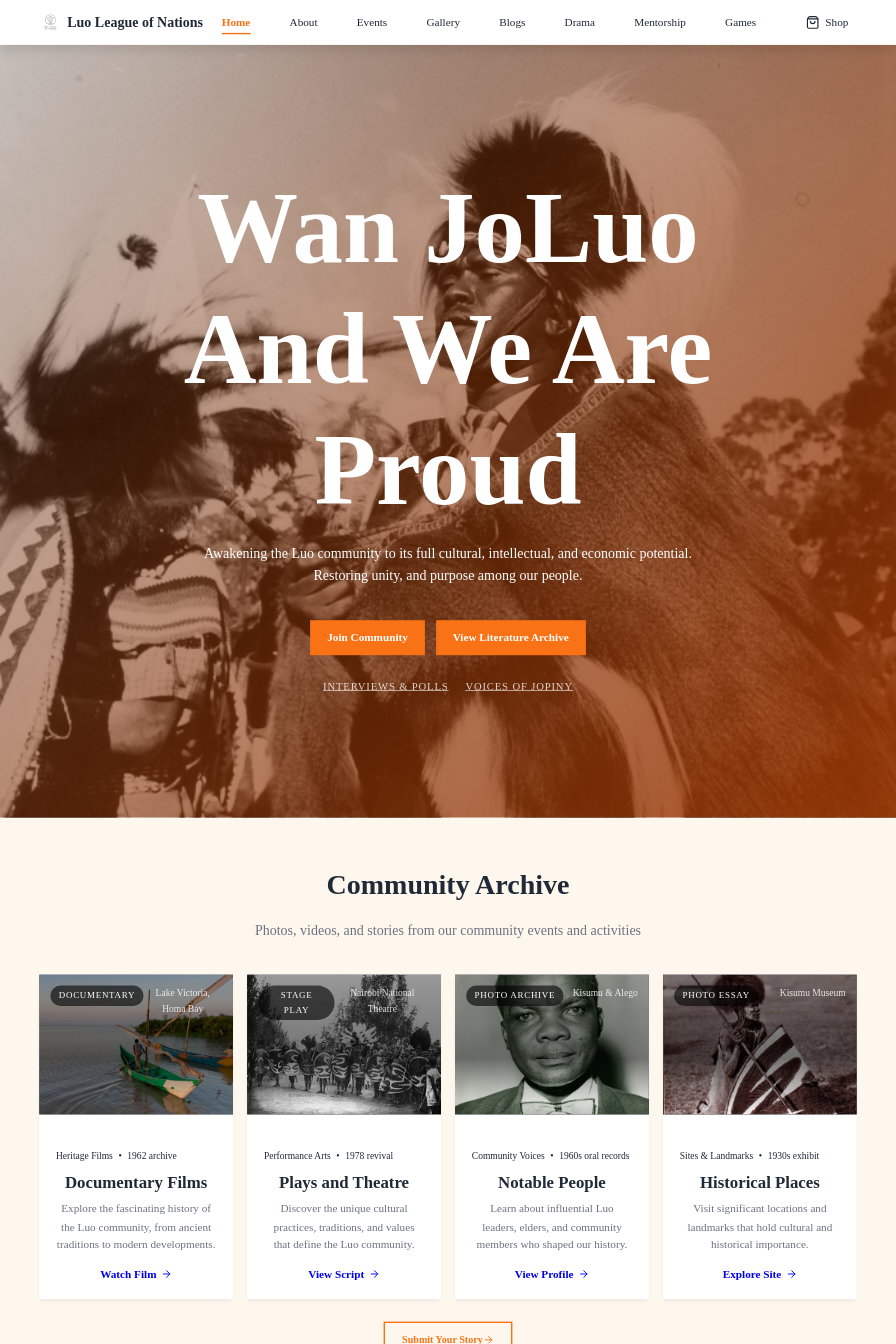
Repository: ianfranko/luo-community-history
Page: /
These files come from the project's save history. The page is drawn as it stood at one moment and after the next save; the edit follows.
The browser window is 1280 px wide. The pictures show the part of the page from y = 0 to 1920 px (the page is 4457 px tall before and 3982 px after), at 70% of full size.
The project was rebuilt for these pictures with package versions that can differ from the ones it lists, and the page was loaded fresh each time. The framework's server and built-in components were replaced by stand-ins that run in the browser. Also part of the build but not shown: next.config.ts.

Above is the page before, as saved 2025-11-23 12:28:38.

### src/app/layout.tsx
import type { Metadata } from "next";
import { Geist, Geist_Mono } from "next/font/google";
import "./globals.css";
import Layout from "@/components/Layout";

const geistSans = Geist({
  variable: "--font-geist-sans",
  subsets: ["latin"],
});

const geistMono = Geist_Mono({
  variable: "--font-geist-mono",
  subsets: ["latin"],
});

export const metadata: Metadata = {
  title: "Luo League of Nations",
  description: "Preserving and sharing the rich cultural heritage and history of the Luo people",
  icons: {
    icon: "/LLNLOGO.svg",
    shortcut: "/LLNLOGO.svg",
    apple: "/LLNLOGO.svg",
  },
};

export default function RootLayout({
  children,
}: Readonly<{
  children: React.ReactNode;
}>) {
  return (
    <html lang="en">
      <body
        className={`${geistSans.variable} ${geistMono.variable} antialiased`}
      >
        <Layout>{children}</Layout>
      </body>
    </html>
  );
}

### src/app/page.tsx
'Use client';
import Image from 'next/image'
import Link from 'next/link'
import { ArrowRight } from 'lucide-react'

export default function Home() {
  const galleryItems = [
    {
      image: '/Fishermen-on-Lake-Victoria-in-Uganda.webp',
      title: 'Documentary Films',
      description: 'Explore the fascinating history of the Luo community, from ancient traditions to modern developments.',
      alt: 'Luo fishermen casting their nets on Lake Victoria at sunrise',
      category: 'Heritage Films',
      location: 'Lake Victoria, Homa Bay',
      year: '1962 archive',
      mediaType: 'Documentary',
      ctaLabel: 'Watch Film',
      href: '/Gallery'
    },
    {
      image: '/hero.jpeg',
      title: 'Plays and Theatre',
      description: 'Discover the unique cultural practices, traditions, and values that define the Luo community.',
      alt: 'Actors performing a traditional Luo play on stage',
      category: 'Performance Arts',
      location: 'Nairobi National Theatre',
      year: '1978 revival',
      mediaType: 'Stage Play',
      ctaLabel: 'View Script',
      href: '/culture'
    },
    {
      image: '/Kodhek Argwins.png',
      title: 'Notable People',
      description: 'Learn about influential Luo leaders, elders, and community members who shaped our history.',
      alt: 'Archival portrait of Argwings Kodhek',
      category: 'Community Voices',
      location: 'Kisumu & Alego',
      year: '1960s oral records',
      mediaType: 'Photo Archive',
      ctaLabel: 'View Profile',
      href: '/people'
    },
    {
      image: '/Guerrier_Luo.jpeg',
      title: 'Historical Places',
      description: 'Visit significant locations and landmarks that hold cultural and historical importance.',
      alt: 'Historic Luo warrior statue in Kisumu museum',
      category: 'Sites & Landmarks',
      location: 'Kisumu Museum',
      year: '1930s exhibit',
      mediaType: 'Photo Essay',
      ctaLabel: 'Explore Site',
      href: '/places'
    },

  ]

  const galleryThemes = ['All', ...new Set(galleryItems.map((item) => item.category))]

  const stats = [
    { number: '200+', label: 'Historical Articles' },
    { number: '100+', label: 'Cultural Stories' },
    { number: '20+', label: 'Documentaries' },
    { number: '25+', label: 'Historical Places' }
  ]

  const sectionLinks = [
    { href: '#gallery', label: 'Interviews & Polls' },
    { href: '#stories', label: 'Voices of Jopiny' },
  ]

  const valueProps = [
    {
      title: 'Archive Access',
      description: 'Digitised oral histories, ceremonies, and timelines ready to explore.',

    },
    {
      title: 'Community Voices',
      description: 'Stories curated with elders, scholars, and youth leaders.',

    },
    {
      title: 'Living Culture',
      description: 'Guides on language, music, crafts, and celebrations to keep traditions alive.',

    }
  ]

  const featuredStories = [
    {
      title: 'The Origins of Luo Migration',
      description: 'Explore the fascinating journey of the Luo people and their settlement patterns across East Africa.',
      href: '/culture',
      image: '/657152Ew0bLSIn.jpg',
      era: '15th Century',
      region: 'Lake Victoria Basin',
      format: 'Longform'
    },
    {
      title: 'Traditional Luo Ceremonies',
      description: 'Learn about the rich ceremonial traditions that mark important life events in Luo culture.',
      href: '/culture',
      image: '/Fishermen-on-Lake-Victoria-in-Uganda.webp',
      era: 'Generational',
      region: 'Siaya & Migori',
      format: 'Photo Essay'
    },
    {
      title: 'JoAlego',
      description: 'Discover the rich culture of the JoAlego, and their journey to their current settlement.',
      href: '/people',
      image: '/Kenia-Lake_Victoria-Fischer.webp',
      era: '20th Century',
      region: 'Alego-Kogelo',
      format: 'Audio + Transcript'
    }
  ]

  const testimonials = [
    {
      quote: 'This archive helped me trace my grandparents’ migration story and reconnect with relatives across the lake.',
      name: 'Pamela Auma',
      title: 'Community Historian, Oyugis'
    },
    {
      quote: 'Our learners finally have contemporary Luo heroes to study, not just footnotes in colonial texts.',
      name: 'Mr. Okoth',
      title: 'Teacher, Kisumu Day'
    },
    {
      quote: 'Recording my grandmother’s songs here means my children will always know their mother tongue.',
      name: 'Brian Oduor',
      title: 'Cultural Volunteer'
    }
  ]

  return (
    <>
      {/* Hero Section */}
      <section className="hero">
        <div className="container">
          <div className="hero-content text-center">
            <h1 className="text-5xl font-bold mb-6 leading-tight">
            Wan JoLuo And We Are Proud
            </h1>
            <p className="text-xl mb-8" style={{ maxWidth: '700px', margin: '0 auto 3rem' }}>
            Awakening the Luo community to its full cultural, intellectual, and economic potential. Restoring unity, and purpose among our people.
            </p>

            {/* CTA Buttons */}
            <div style={{ display: 'flex', gap: '1rem', justifyContent: 'center', flexWrap: 'wrap' }}>
              <Link href="/culture" className="btn btn-primary">
                Join Community
              </Link>
              <Link href="/Gallery" className="btn btn-primary">
                View Literature Archive
              </Link>
            </div>
            <nav style={{ marginTop: '2rem' }}>
              <ul style={{ display: 'flex', gap: '1.5rem', justifyContent: 'center', flexWrap: 'wrap', fontSize: '0.95rem', textTransform: 'uppercase', letterSpacing: '0.08em', listStyle: 'none', padding: 0 }}>
                {sectionLinks.map((link) => (
                  <li key={link.href}>
                    <a href={link.href} style={{ color: 'rgba(255,255,255,0.8)' }}>{link.label}</a>
                  </li>
                ))}
              </ul>
            </nav>
          </div>
        </div>
      </section>

      {/* Stats Section
      <section className="section bg-white" style={{ padding: '1rem 0' }}>
        <div className="container">
          <div className="stats-grid">
            {stats.map((stat, index) => (
              <div key={index} className="stat-item">
                <span className="stat-number">{stat.number}</span>
                <span className="stat-label">{stat.label}</span>
              </div>
            ))}
          </div>
        </div>
      </section>*/}



      {/* Gallery Section */}
      <section className="section" id="gallery">
        <div className="container">
          <h2 className="section-title">Community Archive</h2>
          <p className="section-subtitle">
            Photos, videos, and stories from our community events and activities
          </p>
          <div
            className="feature-grid"
            style={{
              gap: '1.25rem',
              gridTemplateColumns: 'repeat(auto-fit, minmax(220px, 1fr))'
            }}
          >
            {galleryItems.map((item, index) => (
              <article
                key={index}
                className="feature-card"
                style={{ padding: 0, overflow: 'hidden', maxWidth: '360px', margin: '0 auto' }}
              >
                <div
                  className="gallery-card-image"
                  style={{ position: 'relative', height: '200px', width: '100%' }}
                >
                  <Image
                    src={item.image}
                    alt={item.alt}
                    fill
                    sizes="(max-width: 768px) 100vw, (max-width: 1200px) 50vw, 33vw"
                    priority={index === 0}
                    style={{ objectFit: 'cover' }}
                  />
                  <div
                    style={{
                      position: 'absolute',
                      inset: 0,
                      display: 'flex',
                      justifyContent: 'space-between',
                      alignItems: 'flex-start',
                      padding: '1rem',
                      background:
                        'linear-gradient(180deg, rgba(0,0,0,0.4) 0%, rgba(0,0,0,0.55) 60%, rgba(0,0,0,0) 100%)'
                    }}
                  >
                    <span
                      style={{
                        padding: '0.25rem 0.75rem',
                        borderRadius: '999px',
                        backgroundColor: 'rgba(0,0,0,0.6)',
                        color: 'white',
                        fontSize: '0.8rem',
                        textTransform: 'uppercase',
                        letterSpacing: '0.08em'
                      }}
                    >
                      {item.mediaType}
                    </span>
                    <span style={{ color: 'rgba(255,255,255,0.85)', fontSize: '0.85rem' }}>
                      {item.location}
                    </span>
                  </div>
                </div>
                <div style={{ padding: '1.5rem' }}>
                  <div
                    style={{
                      display: 'flex',
                      flexWrap: 'wrap',
                      gap: '0.5rem',
                      fontSize: '0.85rem',
                      color: 'var(--muted)',
                      marginBottom: '0.5rem'
                    }}
                  >
                    <span>{item.category}</span>
                    <span>•</span>
                    <span>{item.year}</span>
                  </div>
                  <h3 className="feature-title" style={{ marginBottom: '0.35rem' }}>
                    {item.title}
                  </h3>
                  <p className="feature-description" style={{ marginBottom: '1rem' }}>
                    {item.description}
                  </p>
                  <Link
                    href={item.href}
                    className="btn btn-link"
                    style={{
                      display: 'inline-flex',
                      alignItems: 'center',
                      gap: '0.4rem',
                      padding: 0,
                      fontWeight: 600
                    }}
                    aria-label={`${item.ctaLabel} for ${item.title}`}
                  >
                    {item.ctaLabel}
                    <ArrowRight size={16} />
                  </Link>
                </div>
              </article>
            ))}
          </div>
          <div
            style={{
              marginTop: '2rem',
              display: 'flex',
              justifyContent: 'center',
              width: '100%'
            }}
          >
            <Link href="/Gallery" className="btn btn-outline" style={{ fontSize: '0.9rem' }}>
              Submit Your Story
              <ArrowRight size={16} />
            </Link>
          </div>
        </div>
      </section>

      <section id="voices"
  className="h-[80vh] flex flex-col items-center justify-start overflow-hidden pt-6"
>
  <div className="container py-4 max-w-6xl mx-auto flex flex-col h-full">

    {/* Title */}
    <h2 className="section-title py-4 text-center mb-1">Voice of the People</h2>

    {/* Subtitle */}
    <p className="section-subtitle text-center mb-4">
      Hear directly from elders, educators, and culture-bearers using this archive
    </p>

    {/* IMAGE (fixed height, always fits) */}
    <div className="flex justify-center max-h-[2vh] mb-4">
  <Image
    src="/luo_03.jpg"
    alt="Community Archive"
    width={1000}
    height={500}
    className="object-cover w-full max-w-2xl h-[80px] shadow"/>
</div>

    {/* TESTIMONIALS — auto-fill remaining space */}
    <div className="grid grid-cols-1 md:grid-cols-3 gap-4 flex-grow overflow-hidden">
      {testimonials.map((voice) => (
        <blockquote key={voice.name} className="testimonial-card overflow-hidden p-4">
          <p className="testimonial-quote text-sm">
            “{voice.quote}”
          </p>
          <div className="testimonial-author mt-2">
            <span className="author-name font-semibold">{voice.name}</span>
            <br />
            <span className="author-title text-xs">{voice.title}</span>
          </div>
        </blockquote>
      ))}
    </div>
  </div>
</section>
      {/* Featured Content Section */}
      <section className="section bg-white" id="stories">
        <div className="container">
          <h2 className="section-title">Featured Stories</h2>
          <p className="section-subtitle">
            Discover the most popular and recent additions to our community archive
          </p>

          <div className="grid grid-cols-1 md:grid-cols-3 gap-6">
            {featuredStories.map((story) => (
              <div className="card" key={story.title}>
                <div
                  style={{
                    position: 'relative',
                    height: '200px',
                    width: '100%',
                    borderRadius: '12px 12px 0 0',
                    overflow: 'hidden'
                  }}
                >
                  <Image
                    src={story.image}
                    alt={story.title}
                    fill
                    sizes="(max-width: 768px) 100vw, (max-width: 1200px) 50vw, 33vw"
                    style={{ objectFit: 'cover' }}
                  />
                  <div
                    style={{
                      position: 'absolute',
                      inset: 0,
                      background:
                        'linear-gradient(180deg, rgba(0,0,0,0.35) 0%, rgba(0,0,0,0.6) 100%)',
                      display: 'flex',
                      alignItems: 'flex-end',
                      justifyContent: 'flex-start',
                      padding: '1rem'
                    }}
                  >
                    <span style={{ color: 'white', fontSize: '0.85rem', letterSpacing: '0.08em' }}>{story.format}</span>
                  </div>
                </div>
                <div className="card-body">
                  <div style={{ display: 'flex', gap: '0.5rem', flexWrap: 'wrap', fontSize: '0.85rem', color: 'var(--muted)' }}>
                    <span>{story.era}</span>
                    <span>•</span>
                    <span>{story.region}</span>
                  </div>
                  <h3 className="card-title" style={{ marginTop: '0.5rem' }}>{story.title}</h3>
                  <p className="card-text">{story.description}</p>
                  <Link href={story.href} className="btn btn-primary" style={{ marginTop: '1rem' }}>
                    Read More
                    <ArrowRight size={16} />
                  </Link>
                </div>
              </div>
            ))}
          </div>
        </div>
      </section>

      {/* Call to Action Section */}
      <section className="section bg-gradient" style={{ color: 'white' }}>
        <div
          className="container"
          style={{
            display: 'grid',
            gap: '2rem',
            gridTemplateColumns: 'repeat(auto-fit, minmax(280px, 1fr))',
            alignItems: 'center'
          }}
        >
          <div>
            <p
              className="eyebrow"
              style={{
                color: 'rgba(255,255,255,0.85)',
                letterSpacing: '0.12em',
                textAlign: 'left'
              }}
            >
              Community Call
            </p>
            <h2 className="section-title" style={{ color: 'white', textAlign: 'left' }}>
              Be Part of Our Story
            </h2>
            <p
              className="section-subtitle"
              style={{
                color: 'rgba(255, 255, 255, 0.9)',
                textAlign: 'left',
                marginLeft: 0,
                marginRight: 0
              }}
            >
              Your support powers oral-history digitization, artifact curation, and hands-on workshops that keep Luo heritage accessible.
            </p>
            <div
              style={{
                display: 'flex',
                gap: '1rem',
                flexWrap: 'wrap',
                marginTop: '1.5rem'
              }}
            >
              <Link
                href="/culture"
                className="btn btn-primary"
                aria-label="Support Luo culture digitization"
                style={{ backgroundColor: 'white', color: '#111', borderColor: 'white' }}
              >
                Support Digitization
                <ArrowRight size={18} />
              </Link>
              <Link
                href="/about"
                className="btn btn-outline"
                aria-label="Learn more about our mission"
                style={{
                  borderColor: 'rgba(255,255,255,0.6)',
                  color: 'white',
                  backgroundColor: 'transparent'
                }}
              >
                Learn More
                <ArrowRight size={18} />
              </Link>
            </div>
            <span style={{ marginTop: '0.75rem', display: 'inline-block', color: 'rgba(255,255,255,0.85)' }}>
              Every contribution equips field teams with scanners, storage, and volunteer training.
            </span>
          </div>

          <div className="cta-card cta-card-gradient">
            <div className="cta-stat">4,200+</div>
            <p className="cta-label">Artifacts digitized with village archives</p>
            <p className="cta-body">Join 120+ volunteers safeguarding oral histories across Nyanza and beyond.</p>
          </div>
        </div>
      </section>
    </>
  )
}

Loaded but not shown: src/app/globals.css (926 lines, source omitted); src/components/Layout.tsx (231 lines, source omitted)

After the next save:
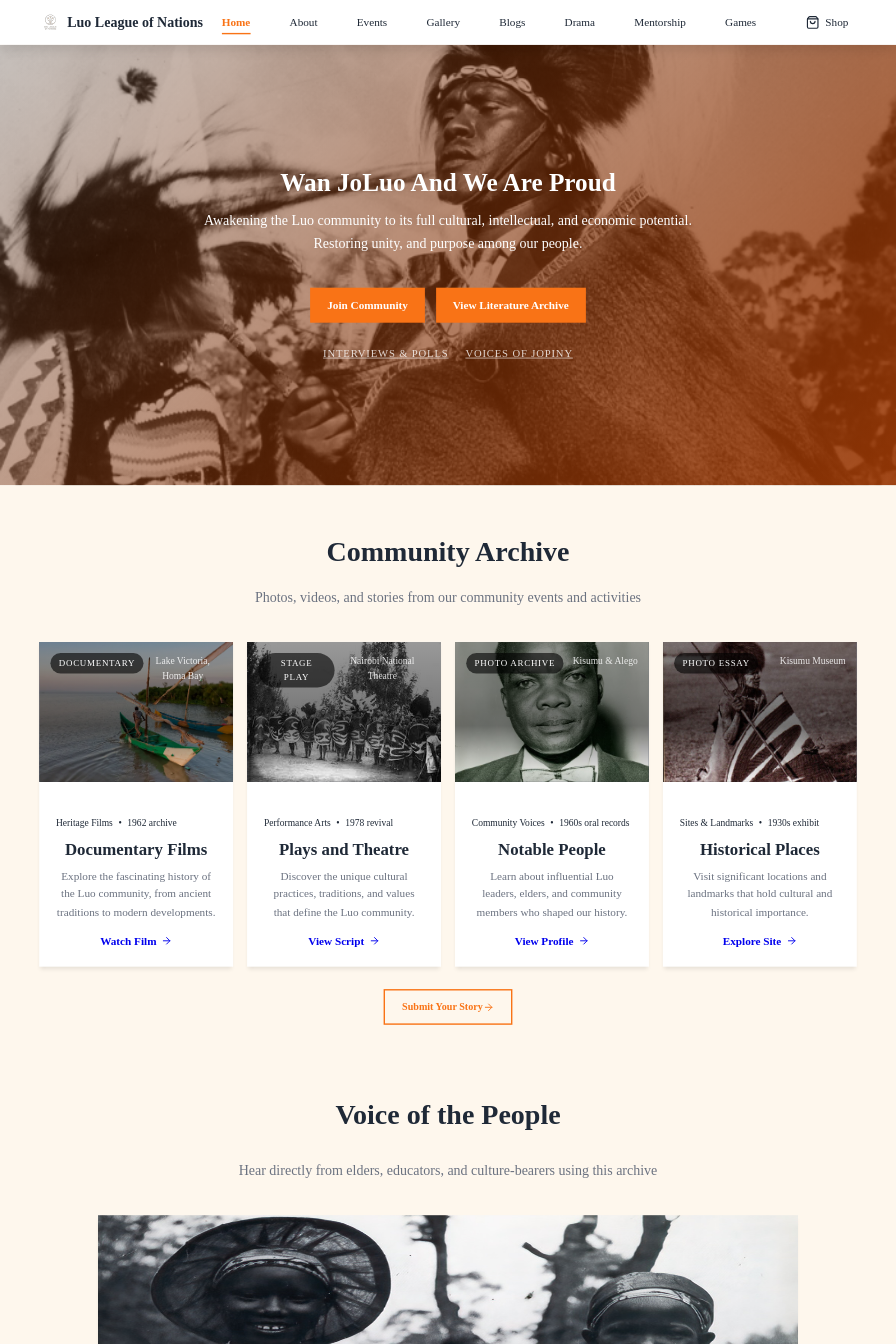
Saved 72 s later.
--- a/src/app/page.tsx
+++ b/src/app/page.tsx
@@ -142,7 +142,7 @@
       <section className="hero">
         <div className="container">
           <div className="hero-content text-center">
-            <h1 className="text-5xl font-bold mb-6 leading-tight">
+            <h1 className="text-4xl font-bold mb-6 leading-tight">
             Wan JoLuo And We Are Proud
             </h1>
             <p className="text-xl mb-8" style={{ maxWidth: '700px', margin: '0 auto 3rem' }}>

After the save that followed:
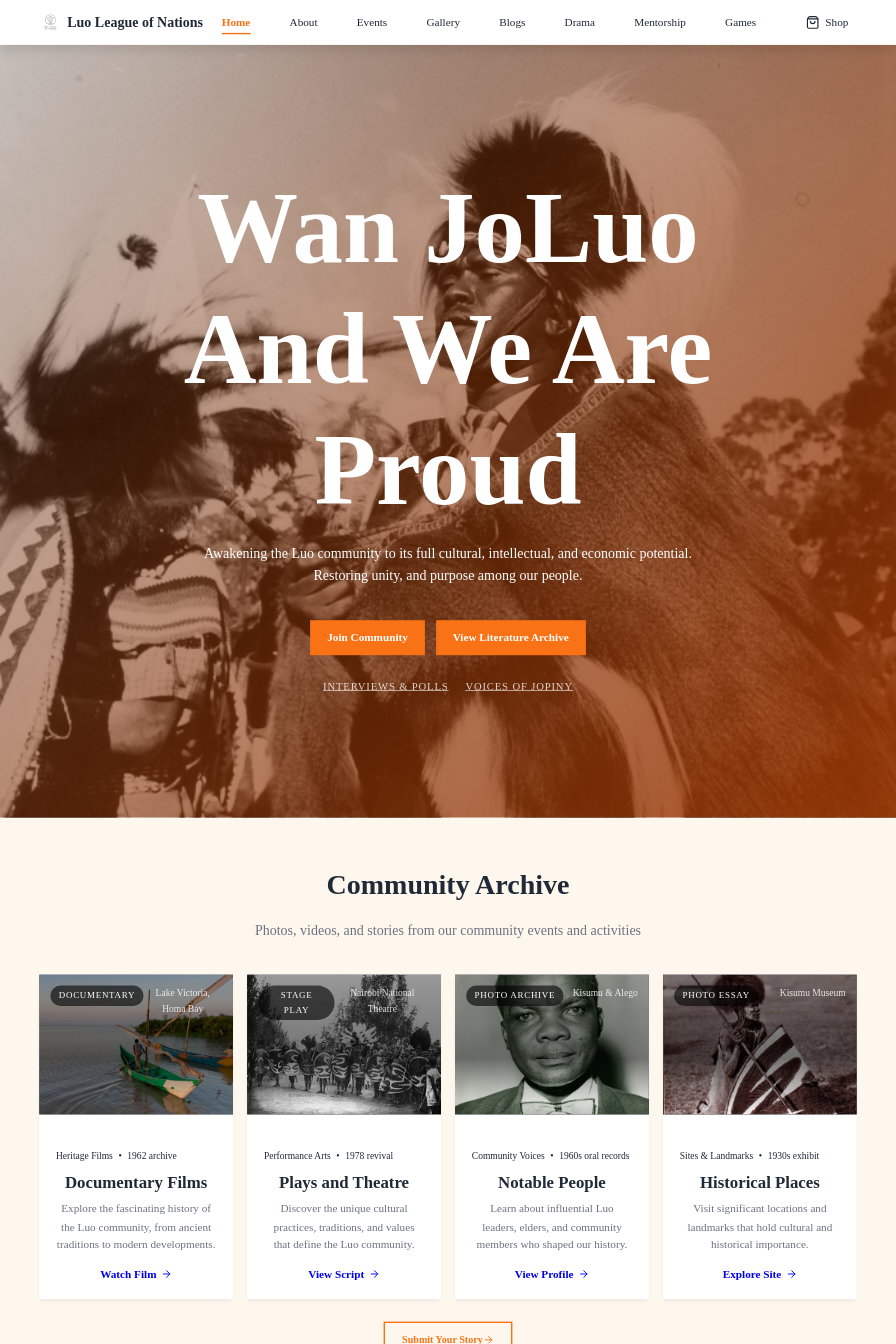
Saved 16 s later.
--- a/src/app/page.tsx
+++ b/src/app/page.tsx
@@ -142,7 +142,7 @@
       <section className="hero">
         <div className="container">
           <div className="hero-content text-center">
-            <h1 className="text-4xl font-bold mb-6 leading-tight">
+            <h1 className="text-5xl font-bold mb-6 leading-tight">
             Wan JoLuo And We Are Proud
             </h1>
             <p className="text-xl mb-8" style={{ maxWidth: '700px', margin: '0 auto 3rem' }}>
